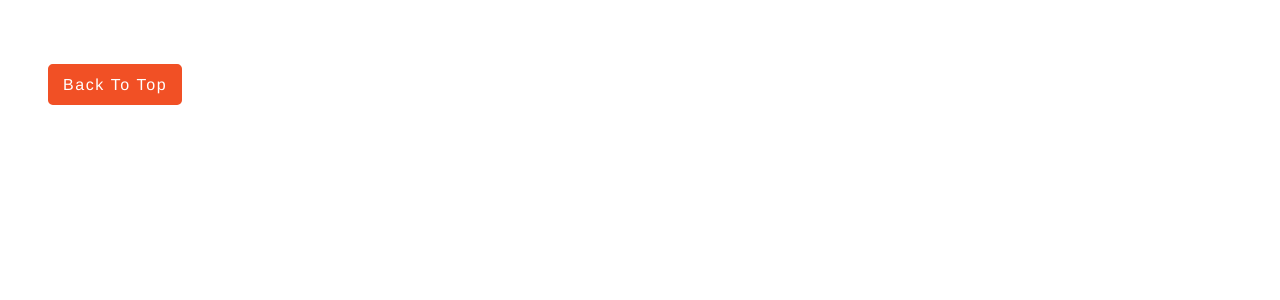
Repository: Ndifoinhilary/css_grid
Page: css-grid-learn/index.html
These files come from the project's save history. The page is drawn as it stood at one moment and after the next save; the edit follows.
The browser window is 1280 px wide. The pictures show the whole page.

Above is the page before, as saved 2024-01-28 09:44:34.

### css-grid-learn/index.html
<!DOCTYPE html>
<html lang="en">
<head>
    <meta charset="UTF-8">
    <meta name="viewport" content="width=device-width, initial-scale=1.0">
    <title>Css grid</title>
    <link rel="stylesheet" href="/fontawesome-free-5.12.1-web/css/all.min.css">
    <link rel="stylesheet" href="/css-grid-learn/main.css">
</head>
<body>
   <a href="index.html" class="btn">back to top</a>
</body>
</html>

### css-grid-learn/main.css


:root{
    --primaryColor:#f15025;
    --mainBlack:#222;
    --mainWhite:#fff;
    --offwhite:#f7f7f7;
    --darkGrey:#afafaf;
    --mainTransition:all 0.3s linear;
    --mainSpacing:2rem;
}



*{
    margin: 0;
    padding: 0;
    box-sizing: border-box;
}





/* root variables  */

body{
    font-family:'Franklin Gothic Medium', 'Arial Narrow', Arial, sans-serif;
    color: var(--mainBlack);
    background: var(--mainWhite);
    line-height: 1.5rem;
}

a {
    text-decoration: none;
}

ul{
    list-style-type: none;
}

img{
    width: 100%;
    display: block;
}


h1, h2, h3{
    text-transform: capitalize;
    letter-spacing:var(--mainSpacing);
    margin-bottom: 1.25rem;
}

h1{
    font-size: 3rem;
}

h2{
    font-size: 1.5rem;
    margin-bottom:0 ;
}
h1{
    font-size: 0.75rem;
}
p{
    font-weight: 300px;
    font-size: 0.6rem;
    line-height: 2;
}

.btn{
    display: inline-block;
    background: var(--primaryColor);
    color: var(--mainWhite);
    padding: 0.357rem 0.75rem;
    text-transform: capitalize;
    letter-spacing: 0.1rem;
    border: 3px solid var(--primaryColor);
    cursor: pointer;
    border-radius: 0.3rem;
   margin-left: 3rem;
   margin-top: 4rem;
}


.btn:hover{
    background: var(--mainWhite);
    color: var(--primaryColor);
}

Loaded but not shown: fontawesome-free-5.12.1-web/css/all.min.css (library)

After the next save:
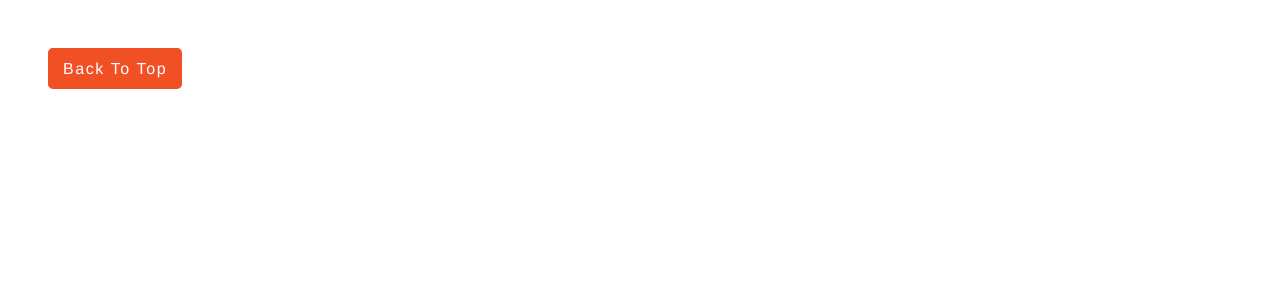
Saved 63 s later.
--- a/css-grid-learn/main.css
+++ b/css-grid-learn/main.css
@@ -78,8 +78,7 @@ p{
     border: 3px solid var(--primaryColor);
     cursor: pointer;
     border-radius: 0.3rem;
-   margin-left: 3rem;
-   margin-top: 4rem;
+    margin: 3rem;
 }
 
 
